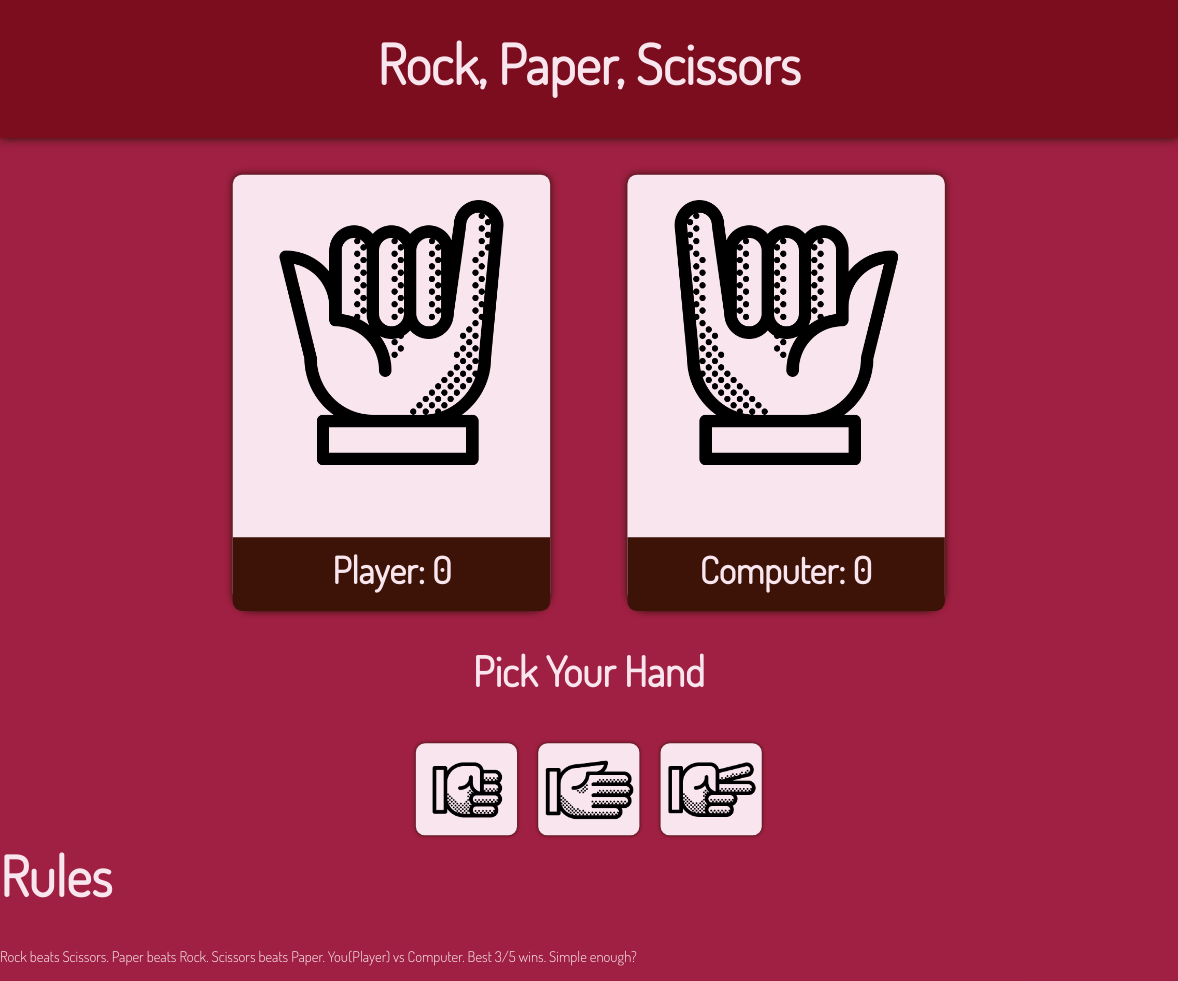
Repository: shayanabedi98/rock-paper-scissors
Page: index.html
The author's editor kept a copy of each file at every save. The page is drawn from the files as they stood at one save, then again after the next save.
The browser window is 1280 px wide. The pictures show the whole page, at 92% of full size.

Above is the page before, as saved 2023-07-14 19:26:38.

### index.html
<!DOCTYPE html>
<html lang="en">
<head>
    <meta charset="UTF-8">
    <meta name="viewport" content="width=device-width, initial-scale=1.0">
    <title>Rock, Paper, Scissors</title>
    <link rel="preconnect" href="https://fonts.googleapis.com">
    <link rel="preconnect" href="https://fonts.gstatic.com" crossorigin>
    <link href="https://fonts.googleapis.com/css2?family=Dosis:wght@300&display=swap" rel="stylesheet">
    <link rel="stylesheet" href="styles.css">
</head>
<body>
    <div class="header">
        <h1>Rock, Paper, Scissors</h1>
    </div>
    <div class="container">
        <div class="card">
            <div class="player">
                <img src="resources/startleft.png" alt="Starting image before game">
                <h3>Player: 0</h3>
            </div>
        </div>
        <div class="card">
            <div class="computer">
                <img src="resources/start.png" alt="Starting image before game">
                <h3>Computer: 0</h3>
            </div>
        </div>
    </div>
    <div class="caption">
        <h2>Pick Your Hand</h2>
    </div>
    <div class="button-container">
        <button class="btn" id="rock"><img src="resources/rockleft.png" alt="rock option"></button>
        <button class="btn" id="paper"><img src="resources/paperleft.png" alt="paper option"></button>
        <button class="btn" id="scissors"><img src="resources/scissorsleft.png" alt="scissors option"></button>
    </div>
    <div class="rules">
        <h1>Rules</h1>
        <p>
            Rock beats Scissors.
            Paper beats Rock.
            Scissors beats Paper.

            You(Player) vs Computer.
            Best 3/5 wins.
            Simple enough?
        </p>
    </div>
    <script src="index.js"></script>
</body>
</html>

### styles.css
body {
    font-family:'Dosis', sans-serif;
    margin: 0;
    padding: 0;
    background-color: #9F2042;
    color: #F8E5EE;
}

h1 {
    font-size: 60px;
    margin-top: 0;

}

.header {
    text-align: center;
    background-color: #7B0D1E;
    height: 120px;
    padding-top: 30px;
    box-shadow: 0 0 10px 0 #211103;
}

.caption {
    text-align: center;
    font-size: 30px;
}

.container {
    text-align: center;
    display: block;
    margin-top: 40px;
}

.card {
    display: inline-block;
    background-color: #F8E5EE;
    box-shadow: 0 0 8px 0 #211103;
    margin: 0 40px;
    border-radius: 10px 10px 20px 20px;
}

.card img {
    height: 350px;
    width: 345px;
}

.card h3 {
    font-size: 40px;
    color: #F8E5EE;
    background-color: #3D1308;
    margin-bottom: 0;
    height: 70px;
    padding-top: 10px;
    border-radius: 0  0 10px 10px;
}

.button-container {
    text-align: center;
    margin-top: 50px;
}

#rock, #paper, #scissors {
    font-family: 'Dosis', sans-serif;
    background-color: #F8E5EE;
    color: #211103;
    width: 110px;
    height: 100px;
    cursor: pointer;
    border: 0;
    border-radius: 10px;
    box-shadow: 0 0 4px 0 #211103;
    margin: 0 10px;
}

#rock img, #paper img, #scissors img {
    height: 100px;
}

#rock:hover, #paper:hover, #scissors:hover {
    box-shadow: 0 0 10px 0 #211103;
}

#rock:active, #paper:active, #scissors:active, #rock img:active, #paper img:active, #scissors img:active {
    box-shadow: none;
    height: 99px;
}

.winner {
    text-align: center;
    margin-top: 350px;
}

.winner button {
    font-family: 'Dosis', sans-serif;
    font-size: 40px;
    font-family: 'Dosis', sans-serif;
    background-color: #F8E5EE;
    color: #211103;
    width: 200px;
    height: 100px;
    cursor: pointer;
    border: 0;
    border-radius: 10px;
    box-shadow: 0 0 4px 0 #211103;
    margin-top: 50px;
}

### index.js
var scoreP = 0;
var scoreC = 0;
var winner = document.querySelector('.winner h1');
var caption = document.querySelector('.caption h2');
var rock = document.querySelector('#rock');
var paper = document.querySelector('#paper');
var scissors = document.querySelector('#scissors');
var computer = document.querySelector('.computer img');
var player = document.querySelector('.player img');
var btn = document.querySelectorAll('.btn');
var playerPick;
var computerPick;

function rng() {
    return Math.floor(Math.random() * 3) + 1;
};

rock.addEventListener('click', function() {
    player.src = 'resources/rockleft.png';
    playerPick = 'rock';
});
paper.addEventListener('click', function() {
    player.src = 'resources/paperleft.png';
    playerPick = 'paper';
});
scissors.addEventListener('click', function() {
    player.src = 'resources/scissorsleft.png';
    playerPick = 'scissors';
});

for (let i = 0; i < btn.length; i ++){
    btn[i].addEventListener('click', function() {
        rng();
        if (rng() === 1) {
            computer.src = 'resources/rock.png';
            computerPick = 'rock';
        } else if (rng() === 2) {
            computer.src = 'resources/paper.png';
            computerPick = 'paper';
        } else if (rng() === 3) {
            computer.src = 'resources/scissors.png';
            computerPick = 'scissors';
        }

        if (playerPick === computerPick) {
            caption.innerHTML = 'Tie!';
        }

        else if ((playerPick === 'rock' && computerPick === 'paper') || (playerPick === 'scissors' && computerPick === 'rock') || (playerPick === 'paper' && computerPick === 'scissors')) {
            caption.innerHTML = 'Point for Computer!';
            scoreC ++;
        }

        else if ((playerPick === 'rock' && computerPick === 'scissors') || (playerPick === 'scissors' && computerPick === 'paper') || (playerPick === 'paper' && computerPick === 'rock')) {
            caption.innerHTML = 'Point for Player!';
            scoreP ++;
        }

        document.querySelector('.player h3').innerHTML = 'Player: ' + scoreP;
        document.querySelector('.computer h3').innerHTML = 'Computer: ' + scoreC;

        if (scoreC === 3) {
            window.location.replace('./winner.html');
        } else if (scoreP === 3) {
            window.location.replace('./loser.html');
        }
    });
};

function playAgain() {
    window.location.replace('./index.html');
}

After the next save:
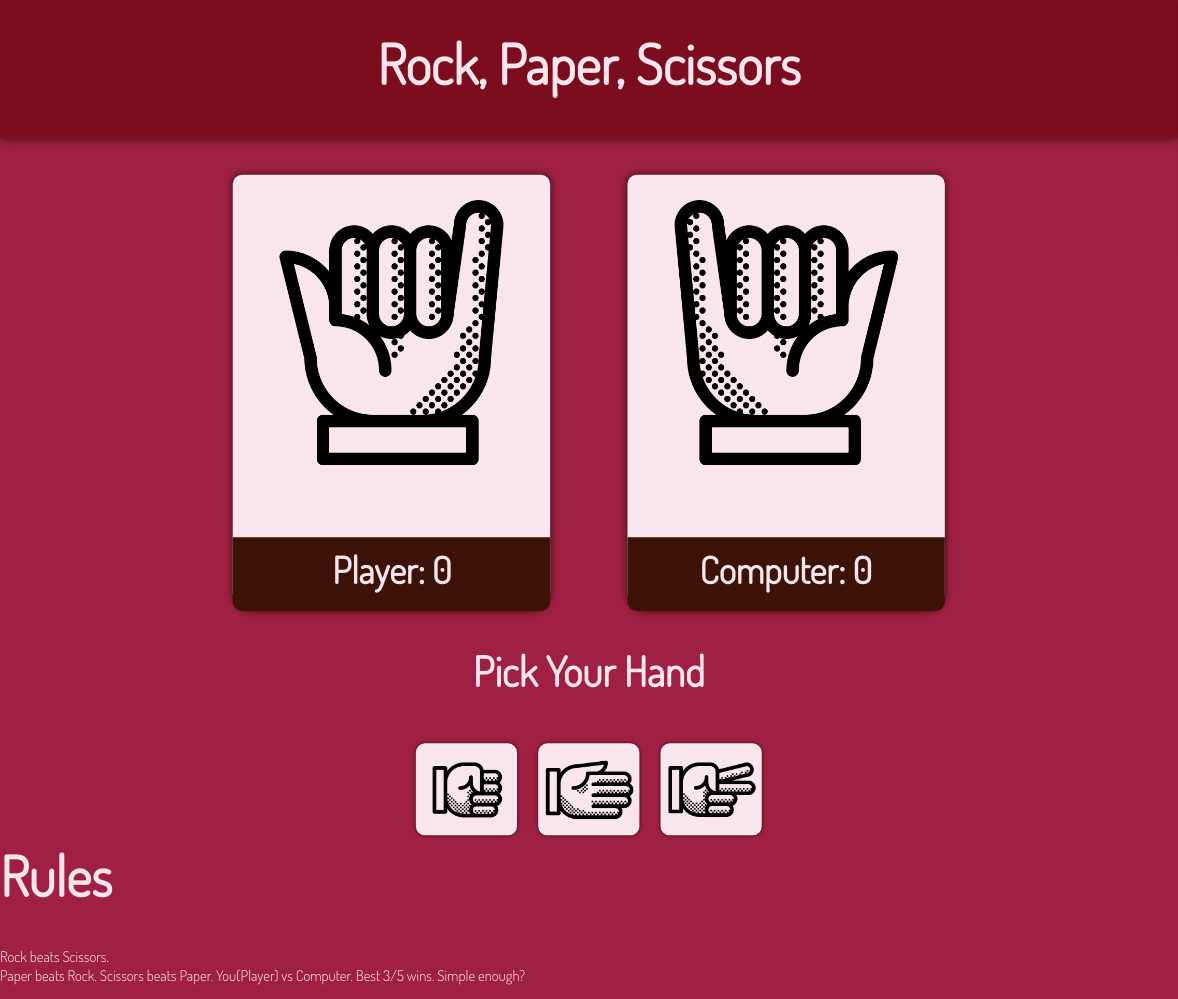
Saved 14 s later.
--- a/index.html
+++ b/index.html
@@ -37,9 +37,7 @@
     </div>
     <div class="rules">
         <h1>Rules</h1>
-        <p>
-            Rock beats Scissors.
-            Paper beats Rock.
+        <p>Rock beats Scissors. <br> Paper beats Rock.
             Scissors beats Paper.
 
             You(Player) vs Computer.
